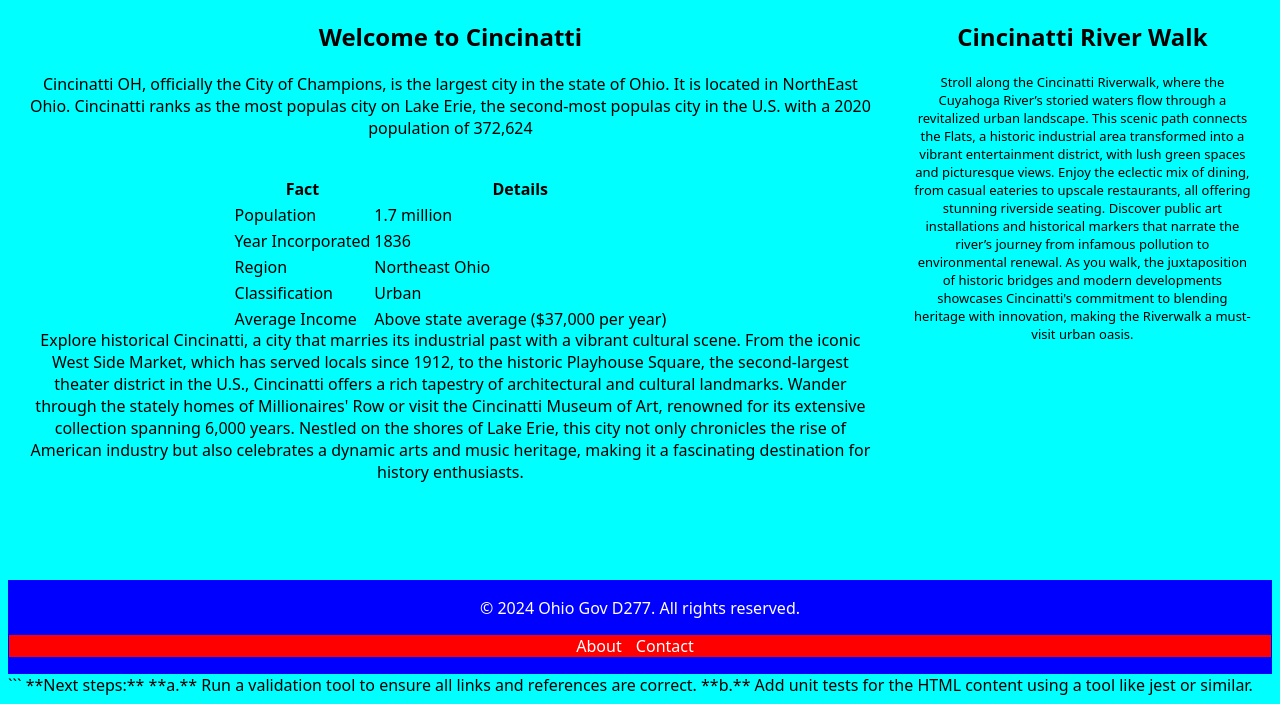
Repository: MikeeBuilds/FEWD-task1
Page: cincinatti.html
An editor plug-in stored every save of this project. The page is shown before and after the next save, followed by the edit.
The browser window is 1280 px wide. The pictures show the part of the page from y = 540 to 1244 px (the page is 1244 px tall before and 1222 px after).
A picture or video elsewhere on the page could not be fetched, so the positions and the page height are approximate.

Above is the page before, as saved 2024-07-02 16:53:15.

### cincinatti.html
Here is the modified content with "Cleveland" changed to "Cincinatti" without altering the structure of the page:

```html
<!DOCTYPE html>
<html lang="en">

<head>
    <title>Cincinatti City of Champions </title>
    <link rel="stylesheet" href="style.css">
</head>

<body>

    <header>
        <h1>Cincinatti</h1>
        <img src="images/san-antonio.jpg" alt="San Antonio Riverwalk">
        <h4>"The Rock and Roll Capitol of the world"</h4>
        <nav>
            <ul>
                <li><a href="index.html">Home</a></li>
                <li><a href="columbus.html">Columbus</a></li>
                <li><a href="cincinatti.html">Cincinatti</a></li>
                <li><a href="Cleveland.html">Dallas</a></li>
            </ul>
        </nav>
    </header>

    <section>
        <h2>Welcome to Cincinatti</h2>
        <p>
            Cincinatti OH, officially the City of Champions, is the largest city in the state of Ohio. It is located in NorthEast Ohio. Cincinatti ranks as the most populas city on Lake Erie, the second-most populas city in the U.S. with a 2020 population of 372,624
        </p>

        <table id="table">
            <tr>
                <th>Fact</th>
                <th>Details</th>
            </tr>
            <tr>
                <td>Population</td>
                <td>1.7 million</td>
            </tr>
            <tr>
                <td>Year Incorporated</td>
                <td>1836</td>
            </tr>
            <tr>
                <td>Region</td>
                <td>Northeast Ohio</td>
            </tr>
            <tr>
                <td>Classification</td>
                <td>Urban</td>
            </tr>
            <tr>
                <td>Average Income</td>
                <td>Above state average ($37,000 per year)</td>
            </tr>
        </table>

        <p>
            Explore historical Cincinatti, a city that marries its industrial past with a vibrant cultural scene. From the iconic West Side Market, which has served locals since 1912, to the historic Playhouse Square, the second-largest theater district in the U.S., Cincinatti offers a rich tapestry of architectural and cultural landmarks. Wander through the stately homes of Millionaires' Row or visit the Cincinatti Museum of Art, renowned for its extensive collection spanning 6,000 years. Nestled on the shores of Lake Erie, this city not only chronicles the rise of American industry but also celebrates a dynamic arts and music heritage, making it a fascinating destination for history enthusiasts.
        </p>
    </section>

    <aside>
        <h2>Cincinatti River Walk</h2>
        <p class="asideparagraph">
            Stroll along the Cincinatti Riverwalk, where the Cuyahoga River’s storied waters flow through a revitalized urban landscape. This scenic path connects the Flats, a historic industrial area transformed into a vibrant entertainment district, with lush green spaces and picturesque views. Enjoy the eclectic mix of dining, from casual eateries to upscale restaurants, all offering stunning riverside seating. Discover public art installations and historical markers that narrate the river’s journey from infamous pollution to environmental renewal. As you walk, the juxtaposition of historic bridges and modern developments showcases Cincinatti's commitment to blending heritage with innovation, making the Riverwalk a must-visit urban oasis.
        </p>
    </aside>

    <footer>
        <p>&copy; 2024 Ohio Gov D277. All rights reserved.</p>
        <nav>
            <ul>
                <li><a href="about.html">About</a></li>
                <li><a href="contact.html">Contact</a></li>
            </ul>
        </nav>
    </footer>

</body>

</html>
```

**Next steps:**
**a.** Run a validation tool to ensure all links and references are correct.
**b.** Add unit tests for the HTML content using a tool like jest or similar.

### style.css
body {
    background-color: aqua;
    font-family:system-ui, -apple-system, BlinkMacSystemFont, 'Segoe UI', Roboto, Oxygen, Ubuntu, Cantarell, 'Open Sans', 'Helvetica Neue', sans-serif;
}

header {
    clear: both;
    background-color: blue;
    color: white;
    padding: 1px;
    text-align: center;
}

nav {
    background-color: red;
    color: white;
}

nav ul {
    list-style: none;
    padding: 0;
}

nav ul li {
    display: inline-block;
    margin-right: 15px;
}

nav ul li a {
    text-decoration: none;
    color: white;
}

nav ul li a:hover {
    color: red;
    background-color: blue;
}

section {
    width: 70%;
    float: left;
    padding: 20px;
    box-sizing: border-box;
    text-align: center;
    height:600px;
    overflow-y: auto;
}


aside {
    width: 30%;
    float: left;
    padding: 20px;
    box-sizing: border-box;
    text-align: center;
    height: 600px;
    overflow-y: auto;
}

footer {
    clear: both;
    background-color: blue;
    color: white;
    padding: 1px;
    text-align: center;
}

footer nav ul {
    list-style: none;
}

footer nav ul li {
    display: inline-block;
    margin-right: 10px;
}

footer nav ul li a {
    text-decoration: none;
    color: white;
}

#table {
    position:relative;
    top: 20px;
    margin: 0px auto;
}

.asideparagraph {
   font-size: small;
}

.absolute-note {
    position: absolute;
    top: 10px;
    left: 10px;
    background-color: red;
    padding: 5px;
    border: 1px solid black;
}

main {
    width: 70%;
    margin: 0 auto;
    text-align: center;
}

After the next save:
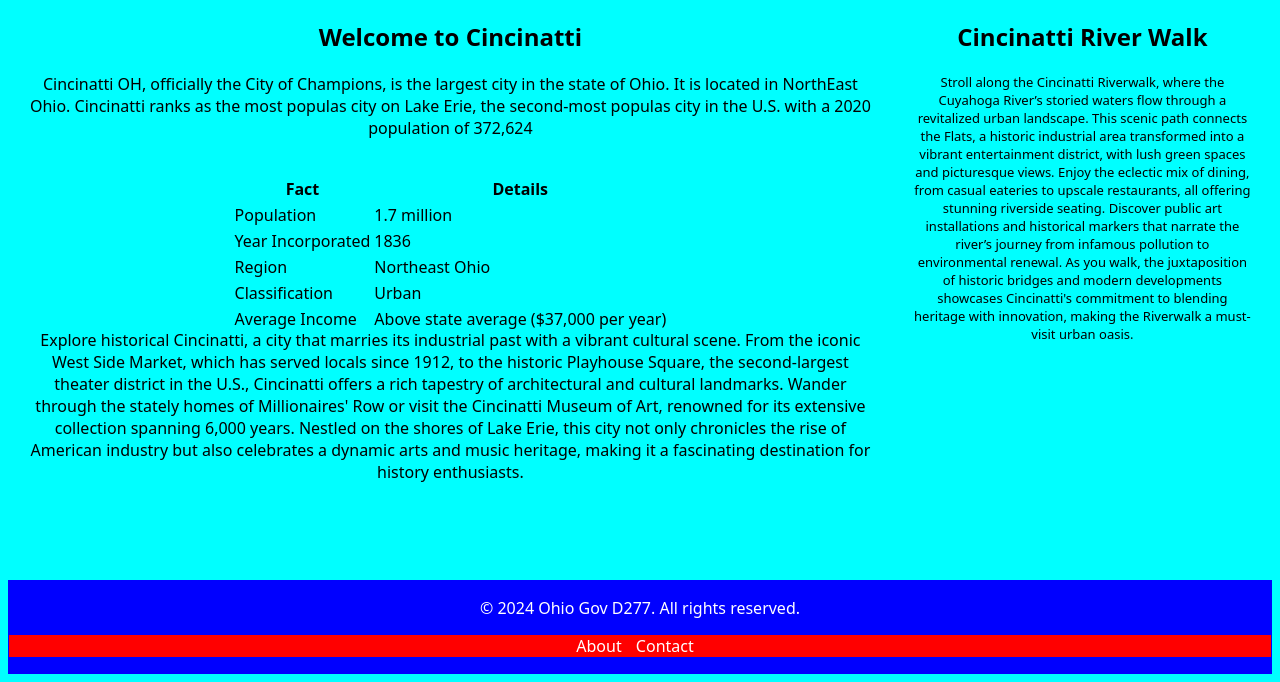
Saved 4 s later.
--- a/cincinatti.html
+++ b/cincinatti.html
@@ -83,8 +83,3 @@ Here is the modified content with "Cleveland" changed to "Cincinatti" without al
 </body>
 
 </html>
-```
-
-**Next steps:**
-**a.** Run a validation tool to ensure all links and references are correct.
-**b.** Add unit tests for the HTML content using a tool like jest or similar.
